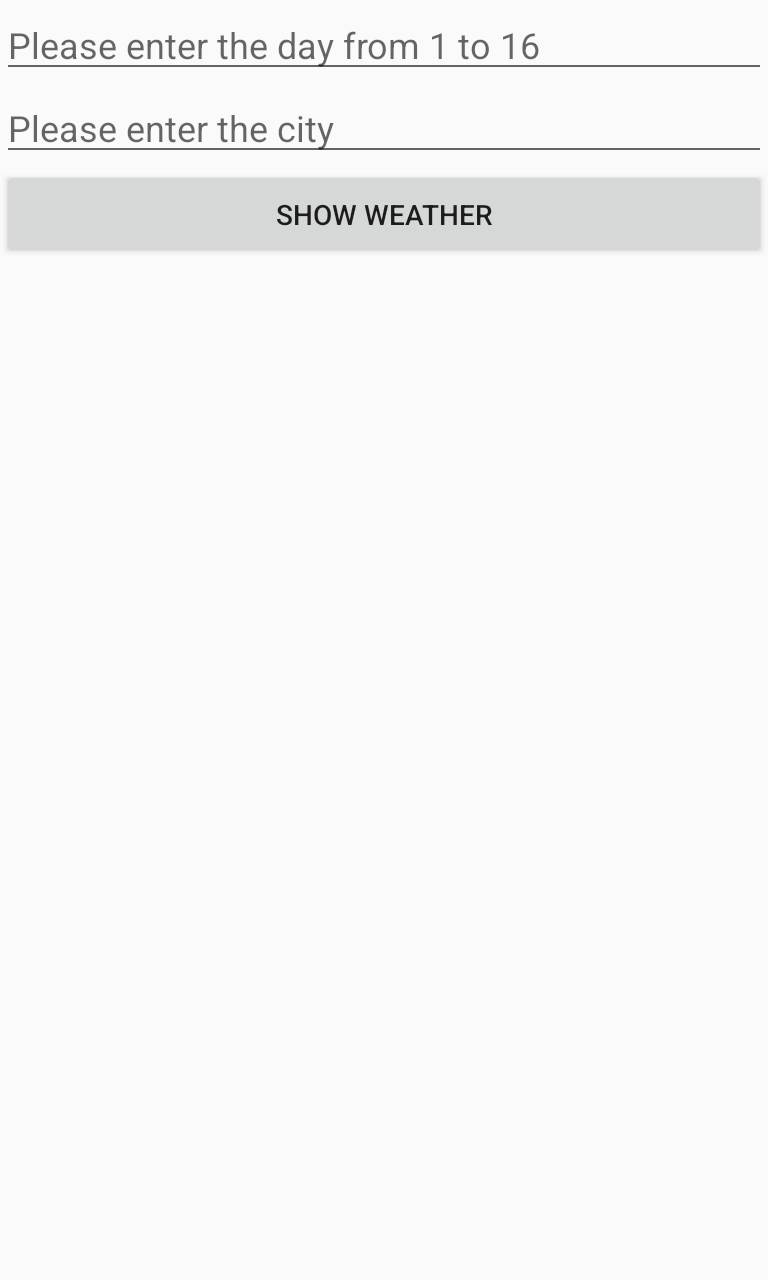
Repository: alexWr/weather-app
Layout: OpenWeatherT/res/layout/days.xml
The author's editor kept a copy of each file at every save. The layout is drawn from the files as they stood at one save, then again after the next save.
It is drawn on a 768 x 1280 px phone screen (xhdpi) without system bars, with theme AppTheme; the app's code is not run.

Above is the layout before, as saved 2014-10-16 09:45:20.

### OpenWeatherT/res/layout/days.xml
<?xml version="1.0" encoding="utf-8"?>
<LinearLayout xmlns:android="http://schemas.android.com/apk/res/android"
    android:layout_width="match_parent"
    android:layout_height="match_parent"
    android:orientation="vertical" >
    <EditText
		android:layout_width="match_parent"
	    android:layout_height="wrap_content"
	    android:layout_gravity="center"
	    android:hint="Please enter the day from 1 to 16"
		android:id="@+id/etDays"
		android:inputType="number"
		/>
	<EditText
		android:layout_width="match_parent"
	    android:layout_height="wrap_content"
	    android:layout_gravity="center"
	    android:hint="Please enter the city"
		android:id="@+id/etCity1"
		/>
    <Button
		android:layout_width="match_parent"
		android:layout_height="wrap_content"
		android:layout_gravity="center"
		android:text="Show weather"
		android:id="@+id/btnSubmit"/>
    <TextView
        android:layout_width="wrap_content"
        android:layout_height="wrap_content"
        android:id="@+id/tvShWeather"/>
</LinearLayout>

Loaded but not shown: OpenWeatherT/res/values/styles.xml (common file); OpenWeatherT/res/values-v11/styles.xml (common file); OpenWeatherT/res/values-v14/styles.xml (common file)

After the next save:
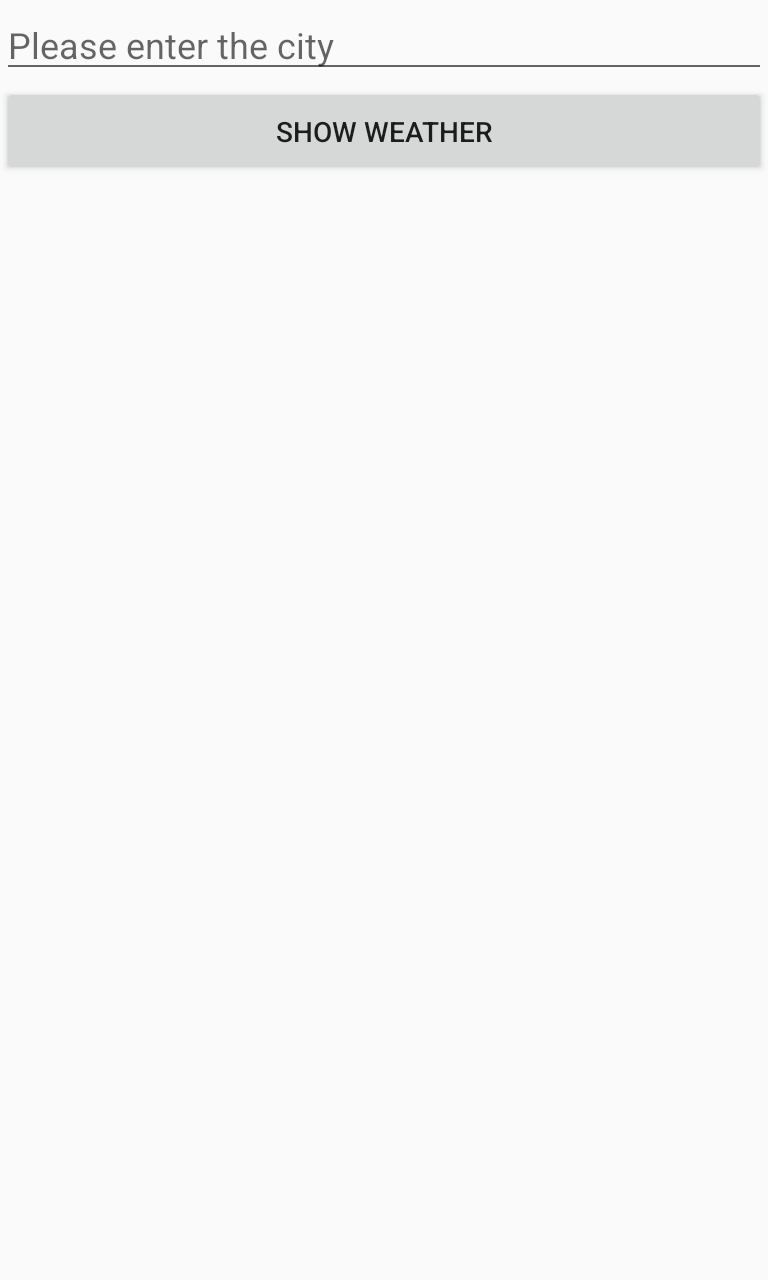
Saved 8 min 48 s later.
--- a/OpenWeatherT/res/layout/days.xml
+++ b/OpenWeatherT/res/layout/days.xml
@@ -3,14 +3,6 @@
     android:layout_width="match_parent"
     android:layout_height="match_parent"
     android:orientation="vertical" >
-    <EditText
-		android:layout_width="match_parent"
-	    android:layout_height="wrap_content"
-	    android:layout_gravity="center"
-	    android:hint="Please enter the day from 1 to 16"
-		android:id="@+id/etDays"
-		android:inputType="number"
-		/>
 	<EditText
 		android:layout_width="match_parent"
 	    android:layout_height="wrap_content"
